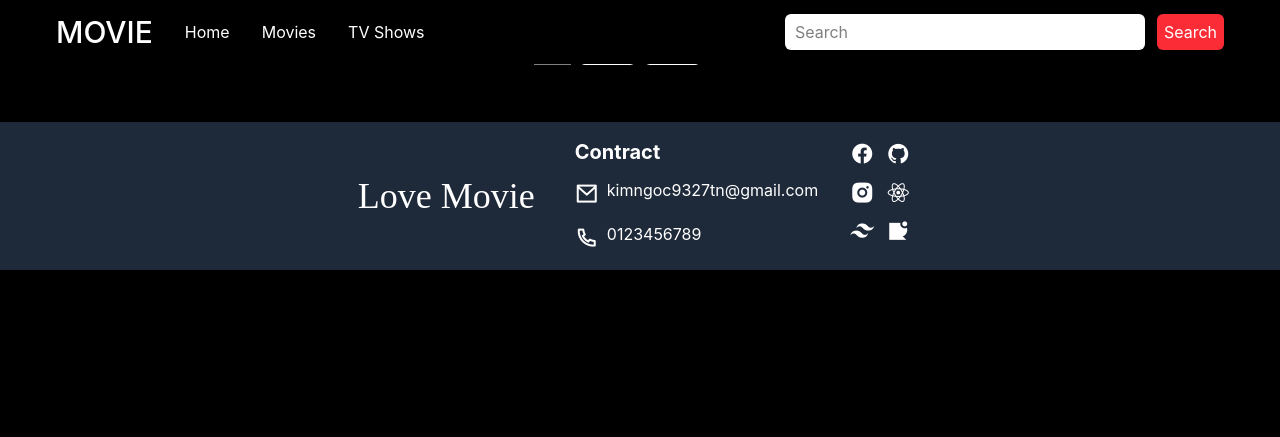
Repository: kimngoc9327/Love_Movie_Project
Page: /search
An editor plug-in stored every save of this project. The page is shown before and after the next save, followed by the edit.
The browser window is 1280 px wide. The pictures show the whole page.
The page's requests for data from a server got no answer. The project was rebuilt for these pictures with package versions that can differ from the ones it lists, and the page was loaded fresh each time. No one was signed in, and anything a server would have sent is missing. Also part of the build but not shown: vite.config.js, src/components/ui/MovieCard.jsx, src/components/ui/MovieList.jsx, src/components/ui/Banner.jsx, src/pages/Home.jsx, src/pages/MovieCategory.jsx, src/pages/MovieDetails.jsx.

Above is the page before, as saved 2025-03-23 18:37:43.

### index.html
<!DOCTYPE html>
<html lang="en">
  <head>
    <meta charset="UTF-8" />
    <link rel="icon" type="image/svg+xml" href="/love-movie-logo.ico" />
    <meta name="viewport" content="width=device-width, initial-scale=1.0" />
    <title>Love Movie</title>
  </head>
  <body>
    <div id="root"></div>
    <script type="module" src="/src/main.jsx"></script>
  </body>
</html>

### src/main.jsx
import { createRoot } from "react-dom/client";
import "./index.css";
import App from "./App.jsx";
import { store } from "./redux/store";
import { Provider } from "react-redux";
import { BrowserRouter } from "react-router-dom";

createRoot(document.getElementById("root")).render(
  <BrowserRouter>
    <Provider store={store}>
      <App />
    </Provider>
  </BrowserRouter>
);

### src/index.css
@import "tailwindcss";
@import "remixicon/fonts/remixicon.css";
@import "react-multi-carousel/lib/styles.css";

:root {
  font-family: Inter, system-ui, Avenir, Helvetica, Arial, sans-serif;
  background-color: black;
}

/* a {
  font-weight: 500;
  color: #646cff;
  text-decoration: inherit;
}
a:hover {
  color: #535bf2;
}

body {
  margin: 0;
  display: flex;
  place-items: center;
  min-width: 320px;
  min-height: 100vh;
}

h1 {
  font-size: 3.2em;
  line-height: 1.1;
}

button {
  border-radius: 8px;
  border: 1px solid transparent;
  padding: 0.6em 1.2em;
  font-size: 1em;
  font-weight: 500;
  font-family: inherit;
  background-color: #1a1a1a;
  cursor: pointer;
  transition: border-color 0.25s;
}
button:hover {
  border-color: #646cff;
}
button:focus,
button:focus-visible {
  outline: 4px auto -webkit-focus-ring-color;
}

@media (prefers-color-scheme: light) {
  :root {
    color: #213547;
    background-color: #ffffff;
  }
  a:hover {
    color: #747bff;
  }
  button {
    background-color: #f9f9f9;
  }
} */

### src/App.jsx
import "react-multi-carousel/lib/styles.css";
import { Route, Routes } from "react-router-dom";
import publicRoutes from "./routes";
import DefaultLayout from "./components/layout/DefaultLayout";
import { Fragment } from "react";
function App() {
  return (
    <>
      <Routes>
        {publicRoutes.map((route, index) => {
          const Page = route.component;
          let Layout = DefaultLayout;
          if (route.layout) {
            Layout = route.layout;
          } else if (route.layout === null) {
            Layout = Fragment;
          }
          return (
            <Route
              key={index}
              path={route.path}
              element={
                <Layout>
                  <Page />
                </Layout>
              }
            />
          );
        })}
      </Routes>
    </>
  );
}

export default App;

### src/redux/store.jsx
import { createStore, applyMiddleware } from "redux";
import { rootReducer } from "./reducer";
import { thunk } from "redux-thunk";

const store = createStore(rootReducer, applyMiddleware(thunk));

export { store };

### src/routes/index.jsx
import DefaultLayout from "../components/layout/DefaultLayout";
import Home from "../pages/Home";
import MovieCategory from "../pages/MovieCategory";
import MovieDetails from "../pages/MovieDetails";
import SearchMovie from "../pages/SearchMovie";

const publicRoutes = [
  { path: "/", component: Home, layout: DefaultLayout },
  { path: "/search", component: SearchMovie, layout: DefaultLayout },
  { path: "/movieCategory", component: MovieCategory, layout: DefaultLayout },
  { path: "/movieDetails", component: MovieDetails, layout: DefaultLayout },
];

export default publicRoutes;

### src/components/layout/DefaultLayout.jsx
import Header from "./Header";
import Footer from "./Footer";
import PropTypes from "prop-types";

function DefaultLayout({ children }) {
  return (
    <div>
      <Header />
      <div>{children}</div>
      <Footer />
    </div>
  );
}

DefaultLayout.propTypes = {
  children: PropTypes.any,
};

export default DefaultLayout;

### src/redux/reducer.jsx
import { combineReducers } from "redux";
import { GET_MOVIE, GET_MOVIE_DISCOVER, GET_MOVIES } from "./types";

const initialState = {
  movies: {},
  currentMovie: null,
};

const movieReducer = (state = initialState, action) => {
  switch (action.type) {
    case GET_MOVIES:
      return {
        ...state,
        movies: { ...state.movies, [action.category]: action.payload },
      };
    case GET_MOVIE_DISCOVER:
      return { ...state, movies: action.payload };
    case GET_MOVIE:
      return { ...state, currentMovie: action.payload };
    default:
      return state;
  }
};

export const rootReducer = combineReducers({
  movieReducer,
});

### src/pages/SearchMovie.jsx
import { useDispatch, useSelector } from "react-redux";
import MovieCard from "../components/ui/MovieCard";
import { IMAGE_PATH } from "../constants/constants";
import { useEffect, useState } from "react";
import { getMovieDiscover } from "../redux/actions";
import { useLocation } from "react-router-dom";
import PaginationButton from "../components/ui/PaginationButton";

function SearchMovie() {
  const dispatch = useDispatch();
  const movies = useSelector((state) => state.movieReducer.movies);

  const location = useLocation();
  const queryParams = new URLSearchParams(location.search);
  const genreId = queryParams.get("genre"); // Lấy genreId từ URL
  const [page, setPage] = useState(1);

  useEffect(() => {
    if (genreId) {
      const params = {
        with_genres: genreId,
        page: page,
      };
      dispatch(getMovieDiscover(params)); // Gọi API khi có genreId
    }
  }, [dispatch, genreId, page]);

  console.log(movies);

  const totalPages = movies?.total_pages;
  const maxPages = Math.min(totalPages, 500);
  return (
    <div className="flex flex-col items-center">
      <div className="grid grid-cols-4 gap-4 mt-4">
        {movies?.results
          ?.filter((movie) => movie.title && movie.poster_path)
          .map((movie) => (
            <div key={movie.id}>
              <MovieCard
                title={movie.title}
                poster={IMAGE_PATH + movie.poster_path}
              />
            </div>
          ))}
      </div>

      <PaginationButton
        currentPage={page}
        onPageChange={setPage}
        totalPages={maxPages}
      />
    </div>
  );
}

export default SearchMovie;

### src/components/layout/Header.jsx
import { Link } from "react-router-dom";
import MovieDropdown from "../ui/MovieDropdown";
import SearchInput from "../ui/SearchInput";

const Header = () => {
  return (
    <div className="flex fixed z-50 w-screen top-0 items-center text-white p-[24px] h-[64px] bg-black">
      <div className="flex space-x-8 items-center ml-8">
        <Link to="/">
          <p className="hover:text-red-500 font-medium text-3xl">MOVIE</p>
        </Link>
        <Link to="/">
          <p className="hover:text-red-500 text-base">Home</p>
        </Link>
        <MovieDropdown />
        <p className="hover:text-red-500  text-base">TV Shows</p>
      </div>
      <SearchInput />
    </div>
  );
};

export default Header;

### src/components/layout/Footer.jsx
function Footer() {
  return (
    <div className="flex space-x-10 mt-12 p-4 items-center justify-center text-white bg-gray-800">
      <p className="font-[fantasy] text-4xl ">Love Movie</p>
      <div className="flex space-x-8">
        <div className="space-y-3">
          <p className="text-xl font-bold">Contract</p>
          <div className="flex space-x-2">
            <i className="ri-mail-line text-2xl"></i>{" "}
            <p>kimngoc9327tn@gmail.com</p>
          </div>
          <div className="flex space-x-2">
            <i className="ri-phone-line text-2xl"></i> <p>0123456789</p>
          </div>
        </div>
        <div className="grid grid-cols-2 space-x-3">
          <i className="ri-facebook-circle-fill  text-2xl"></i>
          <i className="ri-github-fill  text-2xl"></i>
          <i className="ri-instagram-fill  text-2xl"></i>
          <i className="ri-reactjs-fill text-2xl"></i>
          <i className="ri-tailwind-css-fill text-2xl"></i>
          <i className="ri-remixicon-fill text-2xl"></i>
        </div>
      </div>
    </div>
  );
}

export default Footer;

### src/redux/types.jsx
export const GET_MOVIES = "GET_MOVIES";
export const GET_MOVIE = "GET_MOVIE";
export const SET_PARAMS = "SET_PARAMS";
export const GET_MOVIE_DISCOVER = "GET_MOVIE_DISCOVER";

### src/redux/actions.jsx
import axios from "axios";
import { GET_MOVIES, GET_MOVIE, GET_MOVIE_DISCOVER } from "./types";
import { AUTH_TOKEN, BASE_URL, API_KEY } from "../constants/constants";

const getMovies =
  (category, params = {}) =>
  async (dispatch) => {
    try {
      const response = await axios.get(`${BASE_URL}/movie/${category}`, {
        headers: {
          Authorization: `Bearer ${AUTH_TOKEN}`,
        },
        params: {
          ...params,
        },
      });

      dispatch({ type: GET_MOVIES, payload: response.data, category });
    } catch (error) {
      console.error(error);
    }
  };

const getMovieDiscover =
  (params = {}) =>
  async (dispatch) => {
    try {
      const response = await axios.get(`${BASE_URL}/discover/movie`, {
        headers: {
          Authorization: `Bearer ${import.meta.env.VITE_API_TOKEN}`,
        },
        params: {
          ...params,
        },
      });

      dispatch({ type: GET_MOVIE_DISCOVER, payload: response.data });
    } catch (error) {
      console.log(error);
    }
  };

const getMovie = (id) => async (dispatch) => {
  try {
    const response = await axios.get(
      `${BASE_URL}/movie/${id}?append_to_response=videos,translations&api_key=${API_KEY}`,
      {
        headers: {
          Authorization: `Bearer ${AUTH_TOKEN}`,
        },
        params: {
          append_to_response: "videos,translations",
          language: "en-US",
        },
      }
    );

    dispatch({ type: GET_MOVIE, payload: response.data });
  } catch (error) {
    console.log(error);
  }
};

export { getMovies, getMovie, getMovieDiscover };

### src/constants/constants.jsx
export const API_KEY = import.meta.env.VITE_API_KEY;
export const AUTH_TOKEN = import.meta.env.VITE_API_TOKEN;
export const IMAGE_PATH = `https://image.tmdb.org/t/p/w500`;
export const BASE_URL = `https://api.themoviedb.org/3`;

### src/components/ui/PaginationButton.jsx
import PropTypes from "prop-types";

const PaginationButton = ({ currentPage, totalPages, onPageChange }) => {
  const getPageNumbers = () => {
    const pages = [];
    const maxPages = Math.min(totalPages, 500); // Giới hạn totalPages tối đa là 500

    if (maxPages <= 6) {
      for (let i = 1; i <= maxPages; i++) pages.push(i);
    } else {
      if (currentPage > 1) pages.push(1, "...");

      // Đảm bảo không thêm trang vượt quá maxPages
      if (currentPage < maxPages - 1) {
        pages.push(currentPage);
        if (currentPage + 1 <= maxPages) pages.push(currentPage + 1);
        if (currentPage + 2 <= maxPages) pages.push(currentPage + 2);
      }

      if (currentPage < maxPages - 2) pages.push("...");

      // Luôn hiển thị trang cuối cùng
      pages.push(maxPages - 1, maxPages);
    }

    return pages;
  };

  return (
    <div className="flex items-center space-x-2 border rounded-md px-4 py-2">
      {/* Nút Previous */}
      <button
        className={`px-3 py-2 bg-white text-gray-500 ${
          currentPage === 1
            ? "opacity-50 cursor-not-allowed"
            : "hover:bg-gray-200"
        }`}
        disabled={currentPage === 1}
        onClick={() => onPageChange(currentPage - 1)}
      >
        ❮
      </button>

      {/* Các số trang */}
      {getPageNumbers().map((page, index) =>
        page === "..." ? (
          <span key={index} className="px-3 py-2 text-gray-500">
            ...
          </span>
        ) : (
          <button
            key={index}
            className={`px-3 py-2 bg-white rounded-md ${
              currentPage === page
                ? "!bg-indigo-600 text-white"
                : "hover:bg-gray-200"
            }`}
            onClick={() => onPageChange(page)}
          >
            {page}
          </button>
        )
      )}

      {/* Nút Next */}
      <button
        className={`px-3 py-2 text-gray-500 ${
          currentPage === totalPages
            ? "opacity-50 cursor-not-allowed"
            : "hover:bg-gray-200"
        }`}
        disabled={currentPage === totalPages}
        onClick={() => onPageChange(currentPage + 1)}
      >
        ❯
      </button>
    </div>
  );
};

PaginationButton.propTypes = {
  currentPage: PropTypes.number,
  onPageChange: PropTypes.number,
  totalPages: PropTypes.number,
};

export default PaginationButton;

### src/components/ui/MovieDropdown.jsx
import { Menu, MenuButton, MenuItem, MenuItems } from "@headlessui/react";
import { useState } from "react";
import { useDispatch } from "react-redux";
import { getMovieDiscover } from "../../redux/actions";
import { useNavigate } from "react-router-dom";

function MovieDropdown() {
  const [isOpen, setIsOpen] = useState(false);
  const dispatch = useDispatch();
  const navigate = useNavigate();

  const genre = [
    { id: 28, name: "Action" },
    { id: 12, name: "Adventure" },
    { id: 16, name: "Animation" },
    { id: 35, name: "Comedy" },
    { id: 80, name: "Crime" },
    { id: 99, name: "Documentary" },
    { id: 18, name: "Drama" },
    { id: 10751, name: "Family" },
    { id: 14, name: "Fantasy" },
    { id: 36, name: "History" },
    { id: 27, name: "Horror" },
    { id: 10402, name: "Music" },
    { id: 9648, name: "Mystery" },
    { id: 10749, name: "Romance" },
    { id: 878, name: "Science Fiction" },
    { id: 10770, name: "TV Movie" },
    { id: 53, name: "Thriller" },
    { id: 10752, name: "War" },
    { id: 37, name: "Western" },
  ];

  const handleGenreSelect = (genreId) => {
    dispatch(getMovieDiscover(genreId));
    navigate(`/search?genre=${genreId}`);
    setIsOpen(false);
  };

  return (
    <div className="relative" onMouseUp={() => setIsOpen(true)}>
      <Menu>
        <MenuButton className="hover:text-red-500 text-base">Movies</MenuButton>
        {isOpen && (
          <MenuItems className="grid grid-cols-3 gap-4 absolute left-0 mt-2 w-150 p-2 origin-top-right rounded-md bg-black ring-1 z-40 focus:outline-none">
            {genre.map((genre) => (
              <MenuItem
                id={genre.id}
                key={genre.id}
                as="div"
                className="px-4 py-2 text-white hover:bg-gray-700 cursor-pointer"
                onClick={() => handleGenreSelect(genre.id)}
              >
                {genre.name}
              </MenuItem>
            ))}
          </MenuItems>
        )}
      </Menu>
    </div>
  );
}

export default MovieDropdown;

### src/components/ui/SearchInput.jsx
function SearchInput() {
  return (
    <div className="ml-auto mr-8  flex items-center space-x-3">
      <input
        className="h-[36px] w-90 text-black pl-[10px] bg-white rounded-md "
        placeholder="Search"
      />
      <button className="bg-red-500 px-[7px] h-[36px] text-center rounded-md">
        Search
      </button>
    </div>
  );
}

export default SearchInput;

After the next save:
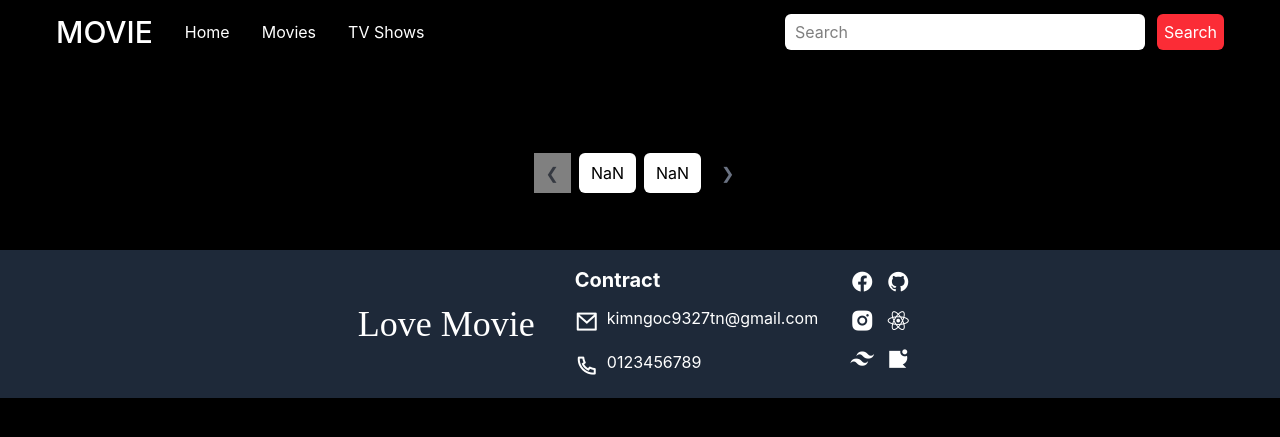
Saved 2 min 16 s later.
--- a/src/pages/SearchMovie.jsx
+++ b/src/pages/SearchMovie.jsx
@@ -31,7 +31,7 @@ function SearchMovie() {
   const maxPages = Math.min(totalPages, 500);
   return (
     <div className="flex flex-col items-center">
-      <div className="grid grid-cols-4 gap-4 mt-4">
+      <div className="grid grid-cols-4 gap-8 m-24 mb-12">
         {movies?.results
           ?.filter((movie) => movie.title && movie.poster_path)
           .map((movie) => (
